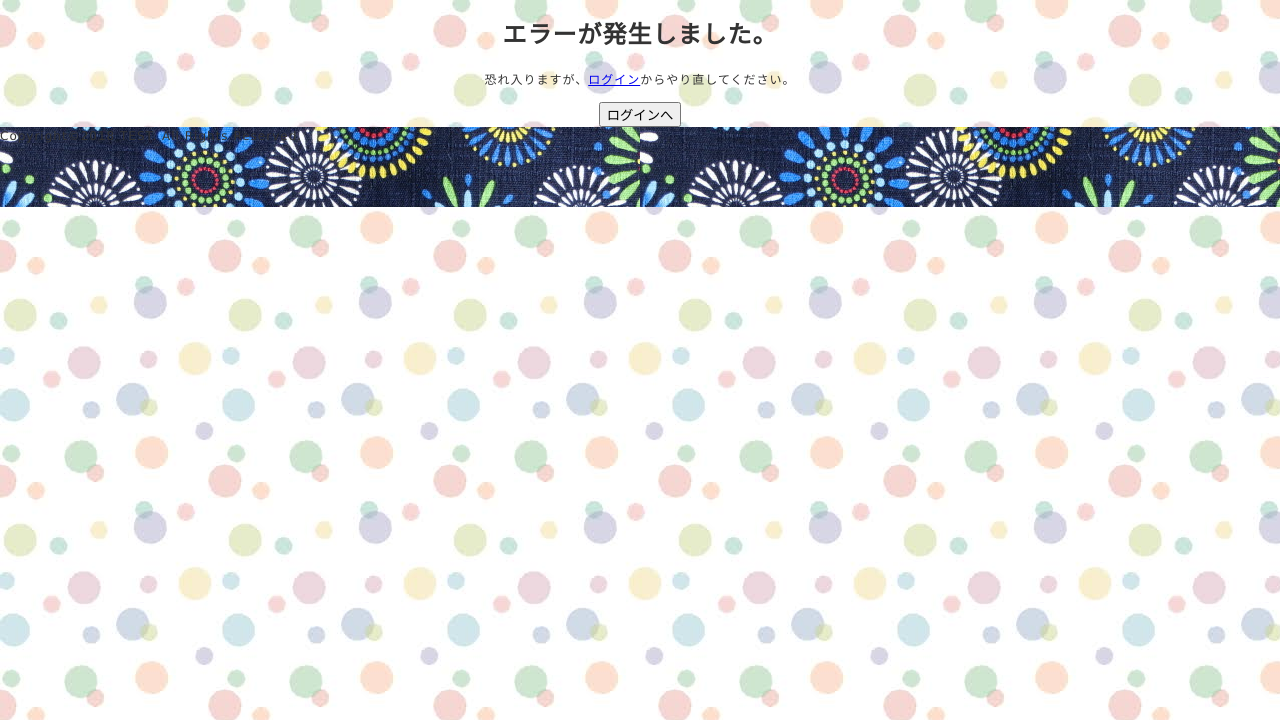
Repository: rt-1217/j2
Page: http://localhost/ecsite01/MyPageAction.action
An editor plug-in stored every save of this project. The page is shown before and after the next save, followed by the edit.
The browser window is 1280 px wide. The pictures show the whole page.
Some web fonts or font styles are not loaded; a fallback is used. The page is served by Tomcat 9. Other server files are loaded and not shown.

Above is the page before, as saved 2018-05-29 08:37:56.

### ecsite01/WebContent/error.jsp
<%@ page language="java" contentType="text/html; charset=UTF-8"
    pageEncoding="UTF-8"%>
    <%@ taglib prefix="s" uri="/struts-tags" %>
<!DOCTYPE html PUBLIC "-//W3C//DTD HTML 4.01 Transitional//EN" "http://www.w3.org/TR/html4/loose.dtd">
<html>
<head>
<meta http-equiv="Content-Type" content="text/html; charset=UTF-8">
<!-- CSSの読み込み -->
<link rel="stylesheet" type="text/css" href="./css/basis.css">
<link rel="stylesheet" type="text/css" href="./css/table.css">

<title>Error Page</title>
</head>
<body>
<div id="main">
<h1>エラーが発生しました。</h1>
<p>恐れ入りますが、<a href='<s:url action="HomeAction" />'>ログイン</a>からやり直してください。</p>


<s:form action="HomeAction">
<input id="submit_button" type="submit" value ="ログインへ">
</s:form>
</div>

<s:include value="footer.jsp"/>
</body>
</html>

### ecsite01/WebContent/footer.jsp
<%@ page language="java" contentType="text/html; charset=UTF-8"
    pageEncoding="UTF-8"%>
        <%@ taglib prefix="s" uri="/struts-tags" %>
<!DOCTYPE html PUBLIC "-//W3C//DTD HTML 4.01 Transitional//EN" "http://www.w3.org/TR/html4/loose.dtd">
<html>
<head>
<meta http-equiv="Content-Type" content="text/html; charset=UTF-8">
<meta http-equiv="Content-Style-Type" content="text/css" />
<meta http-equiv="Content-Script-Type" content="text/javascript" />
<meta http-equiv="imagetoolbar" content="no" />
<meta name="description" content="" />
<meta name="keywords" content="" />
<!-- CSSの読み込み -->
<link rel="stylesheet" type="text/css" href="./css/basis.css">
<link rel="stylesheet" type="text/css" href="./css/table.css">
<style>
@import url('https://fonts.googleapis.com/css?family=Press+Start+2P');
</style>
<link href="https://fonts.googleapis.com/css?family=Mystery+Quest" rel="stylesheet">
<title>Insert title here</title>
</head>
<body>




<div id="footer">
<div class="fotter-message">
Copyright©2018 TEST. All Rights Reserved.

</div>

</div>

</body>
</html>

### ecsite01/src/com/internousdev/ecsite/dto/BuyItemDTO.java
package com.internousdev.ecsite.dto;

public class BuyItemDTO {
	/**
	 * 商品情報を保管する変数
	 */

	private int id;

	private String itemName;

	private String itemPrice;

	private int count;

	private int total_price;

	private String pay;

	private int item_stock;

	private int total_count;

	private String item_category;

	private String image_file_path;

	public String getItemName() {
		return itemName;
	}

	public void setItemName(String itemName) {
		this.itemName = itemName;
	}

	public String getItemPrice() {
		return itemPrice;
	}

	public void setItemPrice(String itemPrice) {
		this.itemPrice = itemPrice;
	}

	public int getId() {
		return id;
	}

	public void setId(int id) {
		this.id = id;
	}

	public int getCount(){
		return count;
	}

	public void setCount(int count){
		this.count=count;
	}

	public int getTotal_price(){
		return total_price;
	}
	public void setTotal_price(int total_price){
		this.total_price=total_price;
	}

	public String getPay(){
		return pay;
	}
	public void setPay(String pay){
		this.pay=pay;
	}

	public int getItem_stock(){
		return item_stock;
	}
	public void setItem_stock(int item_stock){
		this.item_stock=item_stock;
	}

	public int getTotal_count(){
		return total_count;
	}
	public void setTotal_count(int total_count){
		this.total_count=total_count;
	}

	public String getItem_category() {
		return item_category;
	}

	public void setItem_category(String item_category) {
		this.item_category = item_category;
	}


	public String getImage_file_path(){
		return image_file_path;
	}
	public void setImage_file_path(String image_file_path){
		this.image_file_path=image_file_path;
	}


}

### ecsite01/WebContent/css/basis.css
@CHARSET "UTF-8";

/* ========TAG LAYOUT======== */
body {
margin:0;
padding:0;
line-height:1.6;
letter-spacing:1px;
font-family:Verdana, Helvetica, sans-serif;
font-size:12px;
color:#333;
background:#fff;
background-image:url("../image/tama.jpg");
background-attachment: fixed;
/* background-size:contain; */
/* background-repeat: no-repeat; */


}
table {
text-align:center;
margin:0 auto;
}


/* ========ID LAYOUT======== */
#top {
width:780px;
margin:30px auto;
border:2px solid #333;
}
#header {
width: 100%;
height: 80px;
/* background-color: black; */
background-image:url("../image/hanabi2.jpg");

}
#main {
width: 100%;
height: 100%;
text-align: center;
}
#footer {
width: 100%;
height: 80px;
background-color: black;
clear:both;
background-image:url("../image/hanabi2.jpg");
}


.red{
	color:red;
}
/*floatの解除*/
.clear{
	clear:both;
}

### ecsite01/WebContent/css/table.css
@CHARSET "UTF-8";

.item-table{
	text-align:center;

}


.dl-list{
	margin:0px;
	padding:0px;
	width:100%;
}

.dd-list{
	width:31%;
	display:inline-block;

	background-color: rgba(226, 255, 225, 0.2);
 	font-size: 12px;
 	float:left;
	margin:0;
	padding:15px 0px;
	margin-left:2%;
	margin-bottom:20px;
}
.dd-list:last-child {
	margin-right: 0;
}

.button{
	margin:0 auto;
	text-align:center;
	width:100px;
	height:100px;

}

### ecsite01/WebContent/header.jsp
<%@ page language="java" contentType="text/html; charset=UTF-8"
    pageEncoding="UTF-8"%>
        <%@ taglib prefix="s" uri="/struts-tags" %>
<!DOCTYPE html PUBLIC "-//W3C//DTD HTML 4.01 Transitional//EN" "http://www.w3.org/TR/html4/loose.dtd">
<html>
<head>
<meta http-equiv="Content-Type" content="text/html; charset=UTF-8">
<meta http-equiv="Content-Style-Type" content="text/css" />
<meta http-equiv="Content-Script-Type" content="text/javascript" />
<meta http-equiv="imagetoolbar" content="no" />
<meta name="description" content="" />
<meta name="keywords" content="" />
<!-- CSSの読み込み -->
<link rel="stylesheet" type="text/css" href="./css/basis.css">
<link rel="stylesheet" type="text/css" href="./css/table.css">
<style>
@import url('https://fonts.googleapis.com/css?family=Press+Start+2P');
</style>
<link href="https://fonts.googleapis.com/css?family=Mystery+Quest" rel="stylesheet">


<title>Header</title>
</head>
<body>


<div id="header">
<div class="header-logo">O N L I N E   S H O P </div>

<div class="top-menu">

<div class="left-list">
<ul class="top-li">
<li><a href='<s:url action="GoHomeAction"/>'>TOP</a></li>
<li><a href='<s:url action="ProductPageAction"/>'>PRODUCT</a></li>
<li><a href='<s:url action="UserCreateAction"/>'>SIGNUP</a></li>
</ul>
</div>

<div class="right-list">
<ul>
<li><a href='<s:url action="GoLoginAction"/>'>LOGIN</a></li>
<li><a href='<s:url action="MyPageAction"/>'>MYPAGE</a></li>
<li><a href='<s:url action="LogoutAction"/>'>LOGOUT</a></li>
<li><a href='<s:url action="InquiryAction"/>'>MAIL</a></li>
</ul>

</div>




</div>

</div>
</body>
</html>

After the next save:
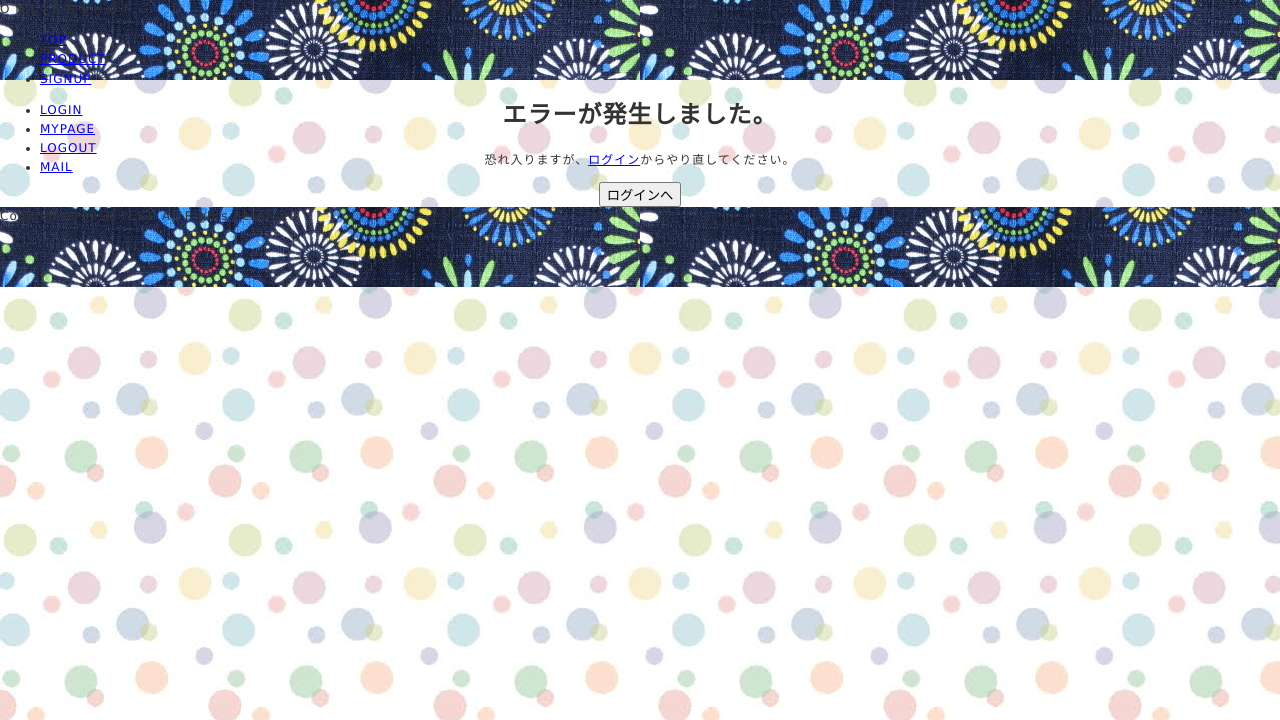
Saved 10 s later.
--- a/ecsite01/WebContent/error.jsp
+++ b/ecsite01/WebContent/error.jsp
@@ -12,6 +12,7 @@
 <title>Error Page</title>
 </head>
 <body>
+<s:include value="header.jsp"/>
 <div id="main">
 <h1>エラーが発生しました。</h1>
 <p>恐れ入りますが、<a href='<s:url action="HomeAction" />'>ログイン</a>からやり直してください。</p>
